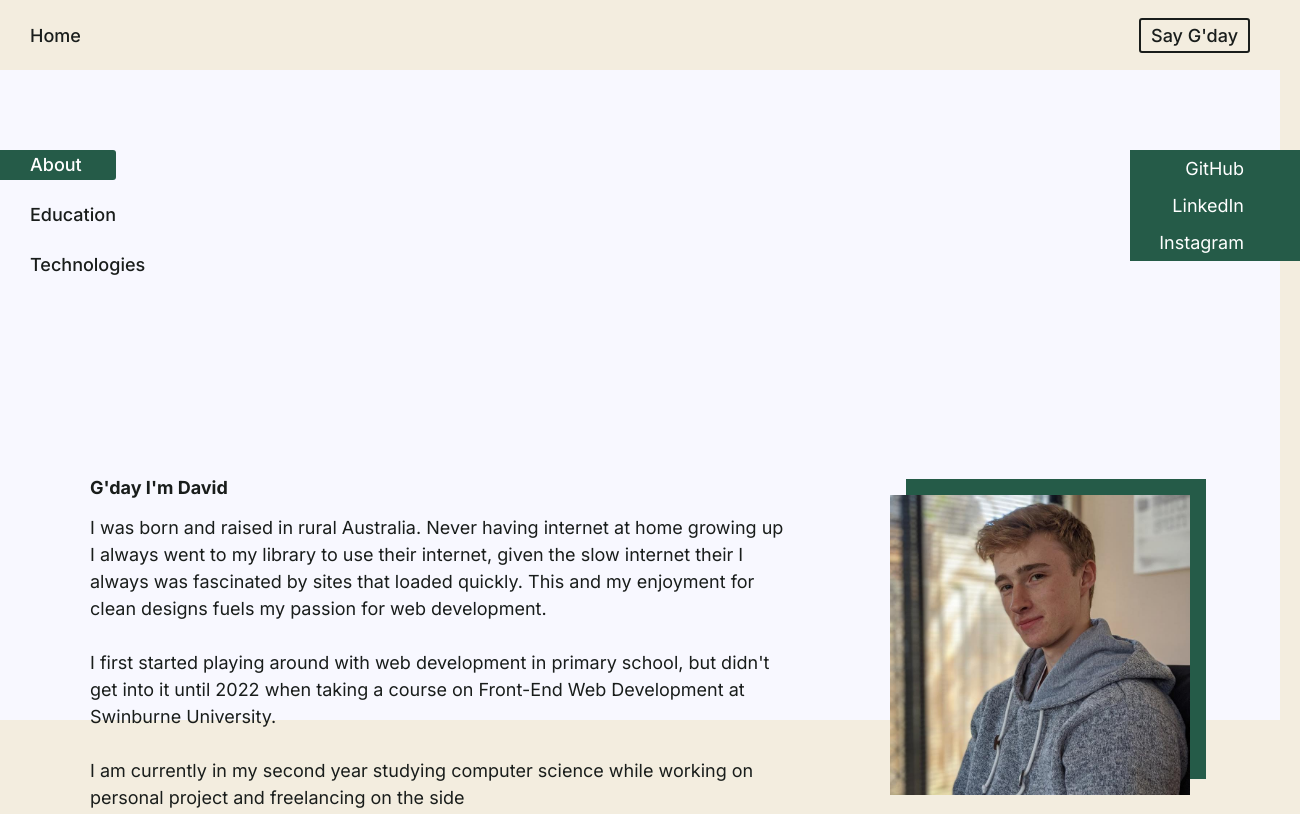
Repository: David-Waite/David-Waite-Portfolio
Page: /about
These files come from the project's save history. The page is drawn as it stood at one moment and after the next save; the edit follows.
The browser window is 1280 px wide. The page is 1300 px wide, so the pictures cover 1300 px, including what lies to the right of the window. The pictures show the whole page.
The project was rebuilt for these pictures with package versions that can differ from the ones it lists, and the page was loaded fresh each time. The framework's server and built-in components were replaced by stand-ins that run in the browser. Also part of the build but not shown: next.config.js.

Above is the page before, as saved 2023-07-27 10:15:28.

After the next save:
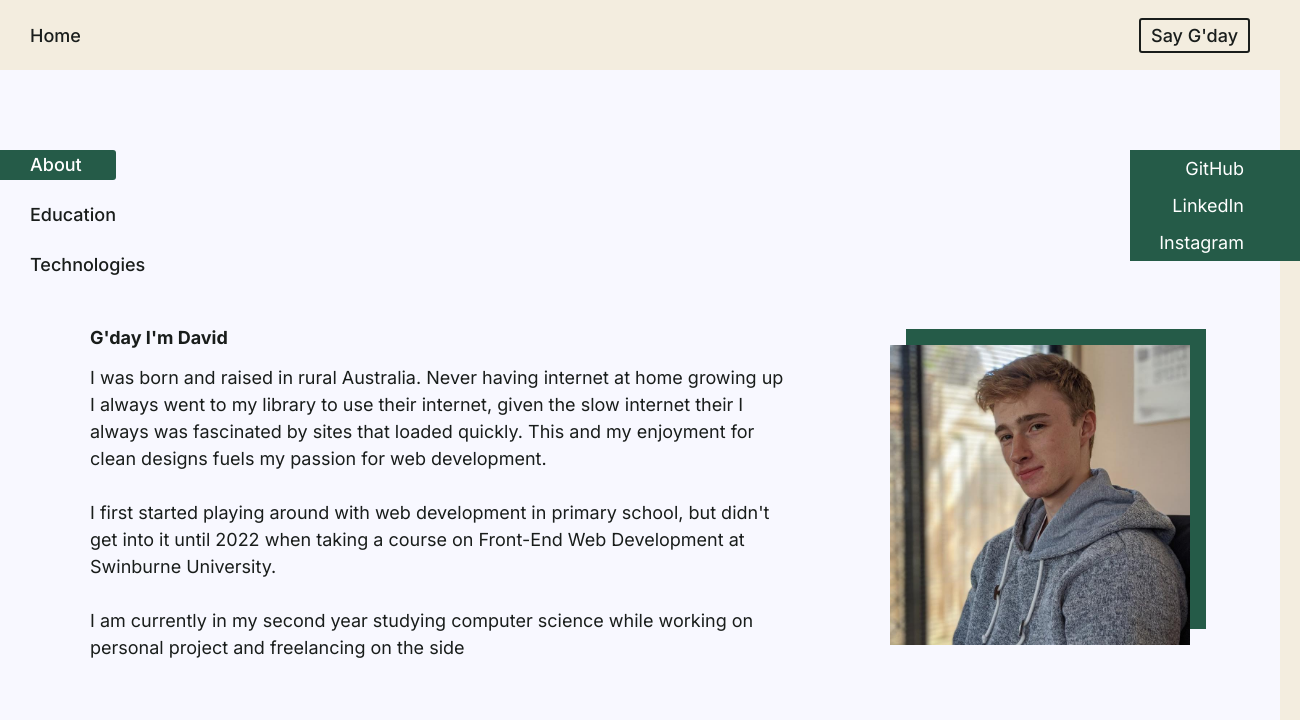
Saved 9 s later.
--- a/app/about/page.module.css
+++ b/app/about/page.module.css
@@ -115,7 +115,7 @@
     margin-right: 0px;
   }
   .container {
-    padding-top: 500px;
+    padding-top: 200px;
     background-color: ghostwhite;
   }
 }
